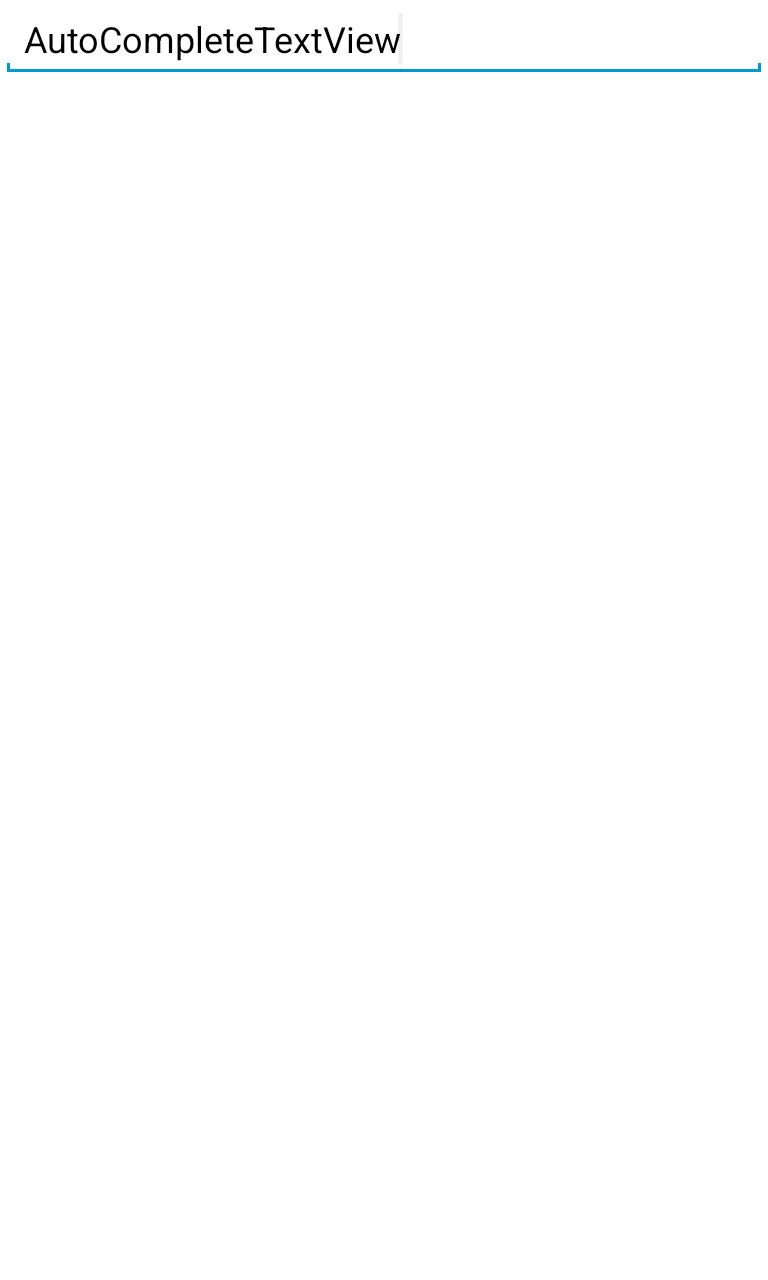
Repository: thinhnk55/android-appshare
Layout: ShareApp/res/layout/activity_main.xml
These files come from the project's save history. The layout is drawn as it stood at one moment and after a run of saves; the edit follows.
It is drawn on a 768 x 1280 px phone screen (xhdpi) without system bars, with theme AppTheme; the app's code is not run.

Above is the layout before, as saved 2014-07-02 16:30:48.

### ShareApp/res/layout/activity_main.xml
<RelativeLayout xmlns:android="http://schemas.android.com/apk/res/android"
    xmlns:tools="http://schemas.android.com/tools"
    android:layout_width="match_parent"
    android:layout_height="match_parent"
    tools:context=".MainActivity">

    <TabHost
        android:id="@android:id/tabhost"
        android:layout_width="match_parent"
        android:layout_height="match_parent"
        android:layout_alignParentLeft="true"
        android:layout_alignParentTop="true">

        <LinearLayout
            android:layout_width="match_parent"
            android:layout_height="match_parent"
            android:orientation="vertical"
            android:weightSum="120" >

            <TabWidget
                android:id="@android:id/tabs"
                android:layout_width="match_parent"
                android:layout_height="wrap_content"
                android:layout_weight="10">
            </TabWidget>

            <AutoCompleteTextView
                android:id="@+id/autoCompleteTextView1"
                android:layout_width="match_parent"
                android:layout_height="wrap_content"
                android:ems="10"
                android:text="AutoCompleteTextView" >

                <requestFocus />
            </AutoCompleteTextView>

            <FrameLayout
                android:id="@android:id/tabcontent"
                android:layout_width="match_parent"
                android:layout_height="match_parent" >

                <LinearLayout
                    android:id="@+id/tab1"
                    android:layout_width="match_parent"
                    android:layout_height="match_parent" >
                </LinearLayout>

                <LinearLayout
                    android:id="@+id/tab2"
                    android:layout_width="match_parent"
                    android:layout_height="match_parent" >
                </LinearLayout>

                <LinearLayout
                    android:id="@+id/tab3"
                    android:layout_width="match_parent"
                    android:layout_height="match_parent" >
                </LinearLayout>
            </FrameLayout>

            <FrameLayout
                android:layout_width="match_parent"
                android:layout_height="wrap_content" >
            </FrameLayout>

            <Button
                android:id="@+id/button1"
                android:layout_width="wrap_content"
                android:layout_height="wrap_content"
                android:text="Button" />

            <LinearLayout
                android:layout_width="match_parent"
                android:layout_height="wrap_content" >

                <Button
                    android:id="@+id/button2"
                    android:layout_width="wrap_content"
                    android:layout_height="wrap_content"
                    android:text="Button" />

                <Button
                    android:id="@+id/button3"
                    android:layout_width="wrap_content"
                    android:layout_height="wrap_content"
                    android:text="Button" />

            </LinearLayout>

        </LinearLayout>
    </TabHost>

</RelativeLayout>

Loaded but not shown: ShareApp/res/values/styles.xml (common file); ShareApp/res/values-v11/styles.xml (common file); ShareApp/res/values-v14/styles.xml (common file)

After the next 2 saves:
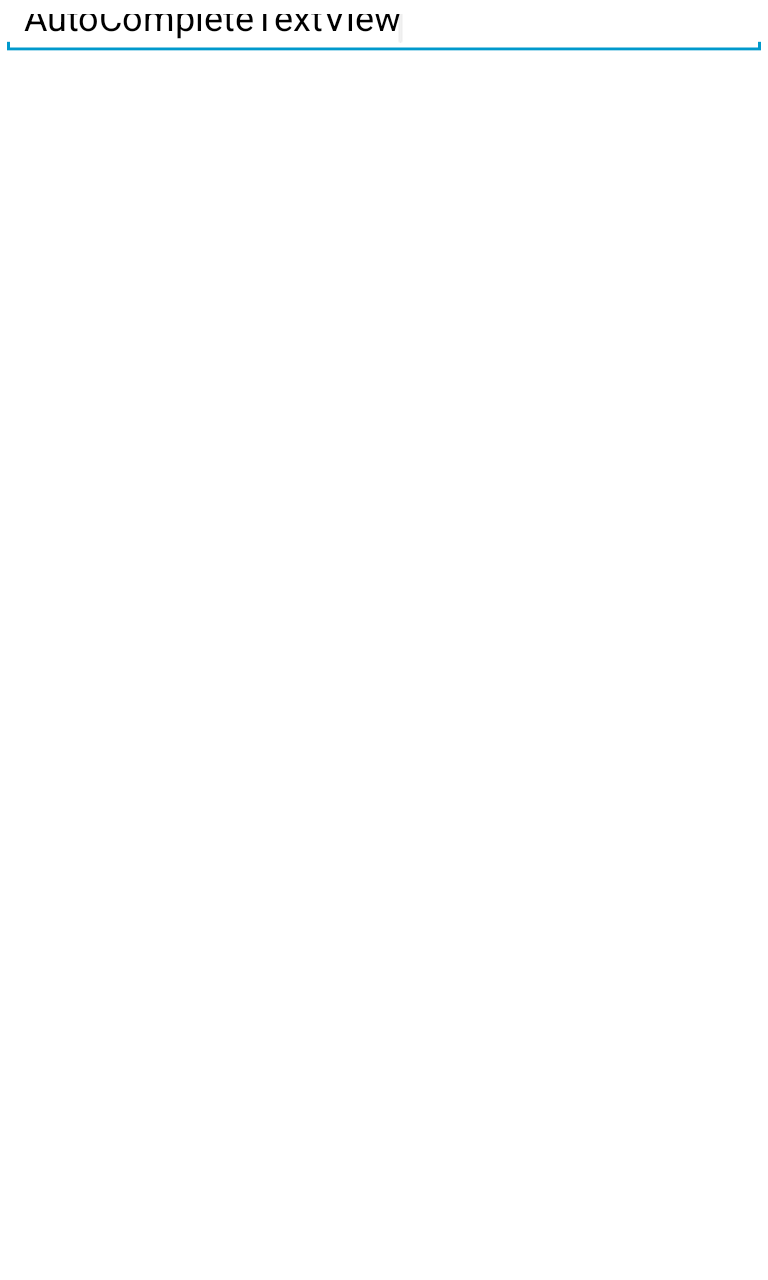
The 2 saves are shown as one change because they came seconds apart.
The last was saved 21 s later.
--- a/ShareApp/res/layout/activity_main.xml
+++ b/ShareApp/res/layout/activity_main.xml
@@ -29,7 +29,8 @@
                 android:layout_width="match_parent"
                 android:layout_height="wrap_content"
                 android:ems="10"
-                android:text="AutoCompleteTextView" >
+                android:text="AutoCompleteTextView"
+                android:layout_weight="10" >
 
                 <requestFocus />
             </AutoCompleteTextView>
